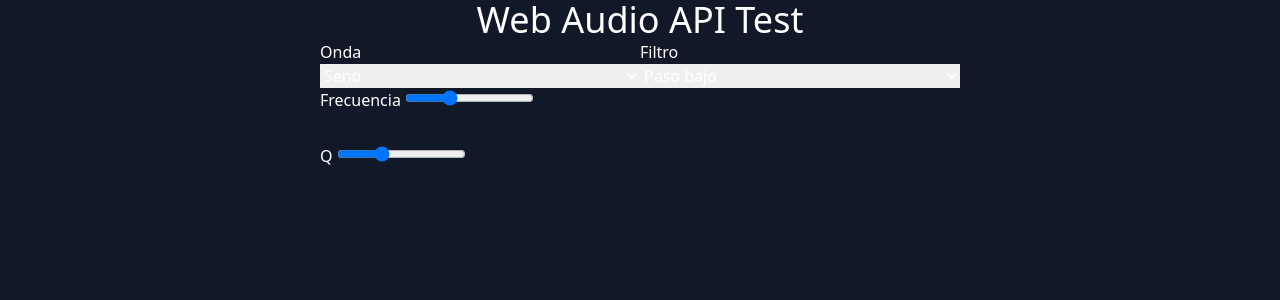
Repository: ibraidab/SONIDOS
Page: index4.html
The author's editor kept a copy of each file at every save. The page is drawn from the files as they stood at one save, then again after the next save.
The browser window is 1280 px wide. The pictures show the whole page.

Above is the page before, as saved 2023-03-18 12:03:56.

After the next save:
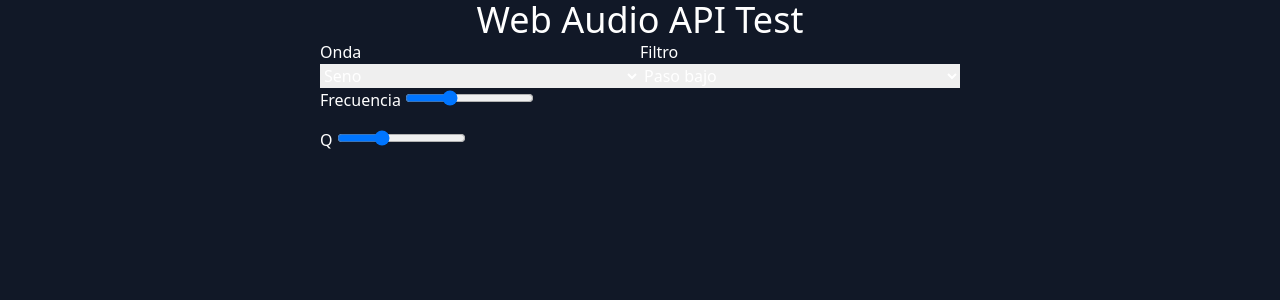
Saved 115 s later.
--- a/index4.html
+++ b/index4.html
@@ -174,7 +174,7 @@
             </select>
           </div>
         </div>
-        <div class="flex flex-col justify-center gap-8">
+        <div class="flex flex-col justify-center gap-4">
           <div class="w-1/2">
             <label for="filterFrequency">Frecuencia</label>
             <input id="filterFrequency" type="range" min="20" max="3000" value="1000" step="1" oninput="changeFilterFrequency()">
